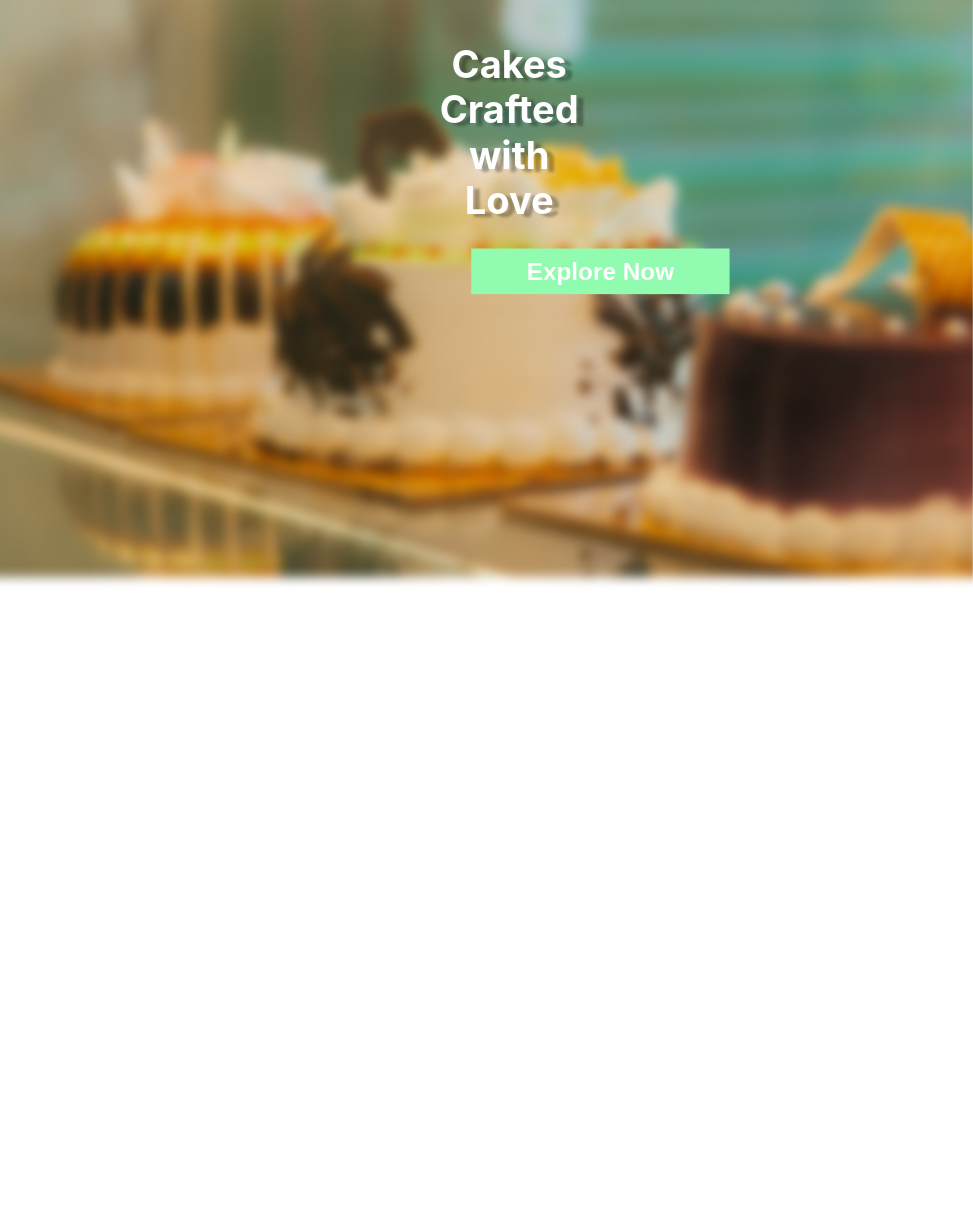
Repository: MEROO1010/cake-box-website
Page: / (app in Cake_box/cake_website/cake_frontend/)
These files come from the project's save history. The page is drawn as it stood at one moment and after the next save; the edit follows.
The browser window is 1280 px wide. The pictures show the whole page, at 76% of full size.
The project was rebuilt for these pictures with package versions that can differ from the ones it lists, and the page was loaded fresh each time.

Above is the page before, as saved 2024-10-22 12:23:05.

After the next save:
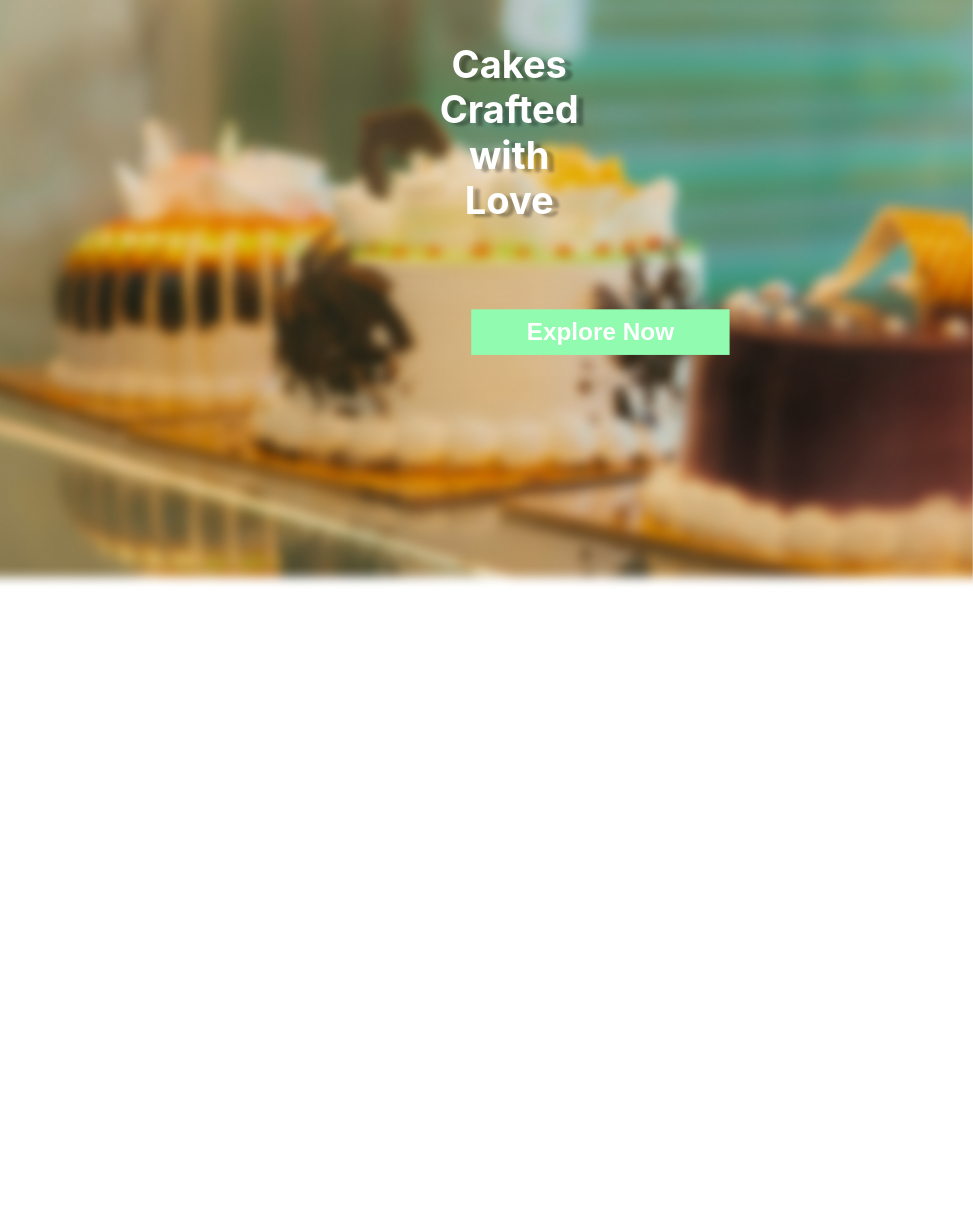
Saved 4 s later.
--- a/Cake_box/cake_website/cake_frontend/src/components/HomePage/Homepage.jsx
+++ b/Cake_box/cake_website/cake_frontend/src/components/HomePage/Homepage.jsx
@@ -45,7 +45,7 @@ const Container = styled.div `
     font-size:32px;
     font-weight:bold;
     margin-bottom:400px;
-    bottom:800px;
+    bottom:720px;
     margin-left:620px;
     position: relative;
    }
